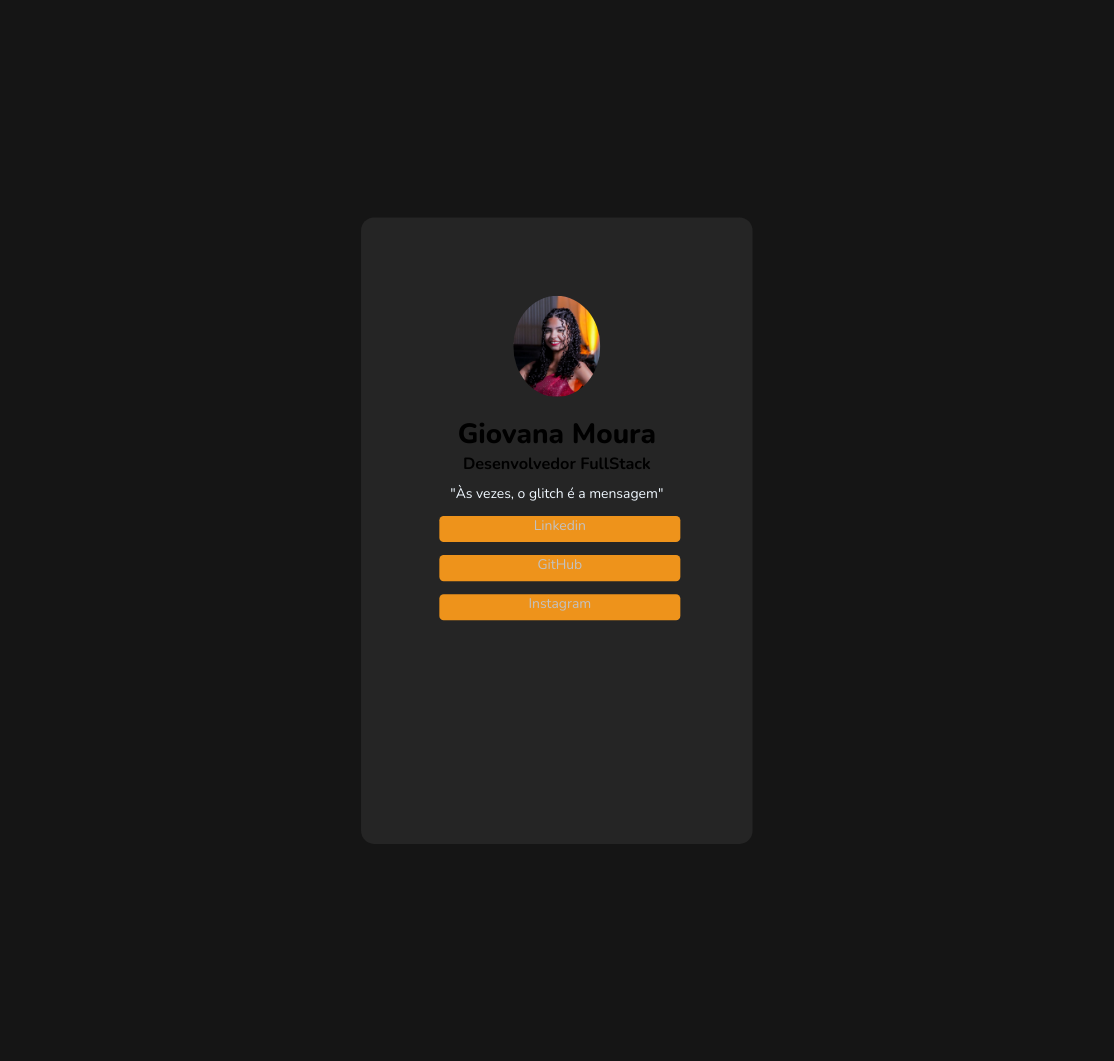
Repository: gimoli/linktree-giovana
Page: index.html
The author's editor kept a copy of each file at every save. The page is drawn from the files as they stood at one save, then again after a run of saves.
The browser window is 1280 px wide. The pictures show the whole page, at 87% of full size.

Above is the page before, as saved 2025-04-11 09:04:53.

### index.html
<!DOCTYPE html>
<html lang="en">
<head>
    <meta charset="UTF-8">
    <meta name="viewport" content="width=device-width, initial-scale=1.0">
    <title>linktree Giovana</title>
    <link rel="stylesheet" href="style.css">
    <link rel="preconnect" href="https://fonts.googleapis.com">
<link rel="preconnect" href="https://fonts.gstatic.com" crossorigin>
<link href="https://fonts.googleapis.com/css2?family=Nunito:ital,wght@0,200..1000;1,200..1000&display=swap" rel="stylesheet">
</head>
<body>
    <div class="container-main">
        <div class="container-imagem">
            <img src="./image-profile.jfif" alt="foto perfil"/>
        </div>
        <div class="container-infos">
            <h1>Giovana Moura</h1>
            <h3>Desenvolvedor FullStack</h3>
        </div>
        <div class="container-easter-egg">
            <p>"Às vezes, o glitch é a mensagem"</p>
        </div>
        <div class="container-social">
            <ul>
                <li>
                    <a href="https://www.linkedin.com/in/giovana-moura-3543032bb/" target="_blank" class="botao-linktree-1">
                        Linkedin
                    </a>
                </li>
                <li>
                    <a href="https://github.com/gimoli" target="_blank" class="botao-linktree-2">
                        GitHub
                    </a>
                </li>
                <li>
                    <a href="https://www.instagram.com/gimoli_n?igsh=cTNvNDJ0M3owb3Vs&utm_source=qr" target="_blank" class="botao-linktree-3">
                        Instagram
                    </a>
                </li>
            </ul>
        </div>
    </div>
</body>
</html>

### style.css
*{
    font-family: "Nunito", sans-serif;
    margin: 0;
    padding: 0;
    box-sizing: border-box;
}

body {
    background-color: rgb(21, 21, 21);
}

.container-main {
    background-color: rgb(37, 37, 37);
    width: 450px;
    height: 720px;
    box-sizing: border-box;
    margin: 250px auto;
    padding: 90px;
    border-radius: 15px;
    text-align: center;
}

.container-imagem img{
    margin: 0 60px;
    width: 100px;
    border-radius: 100%;
}

.container-infos {
    margin-top: 15px;
    margin-bottom: 10px;
}

.container-infos h1 {
    font-weight: 800;
}

.container-infos h2{
  color: #e32363;
    margin-top: 10px;
    margin-bottom: px;
    font-weight: 600;
    font-size: 18px;
}

.container-easter-egg {
    margin-bottom: 15px;
    color: aliceblue;
}

.container-social ul{
    list-style-type: none;
}

.container-social a{
    text-decoration: none;
    color: rgb(194, 194, 194);
}

.container-social li{
  width: 277px;
  height: 30px;
  background-color: rgb(238, 147, 27);
  margin: 15px 0;
  border-radius: 5px;

}

After the next 4 saves:
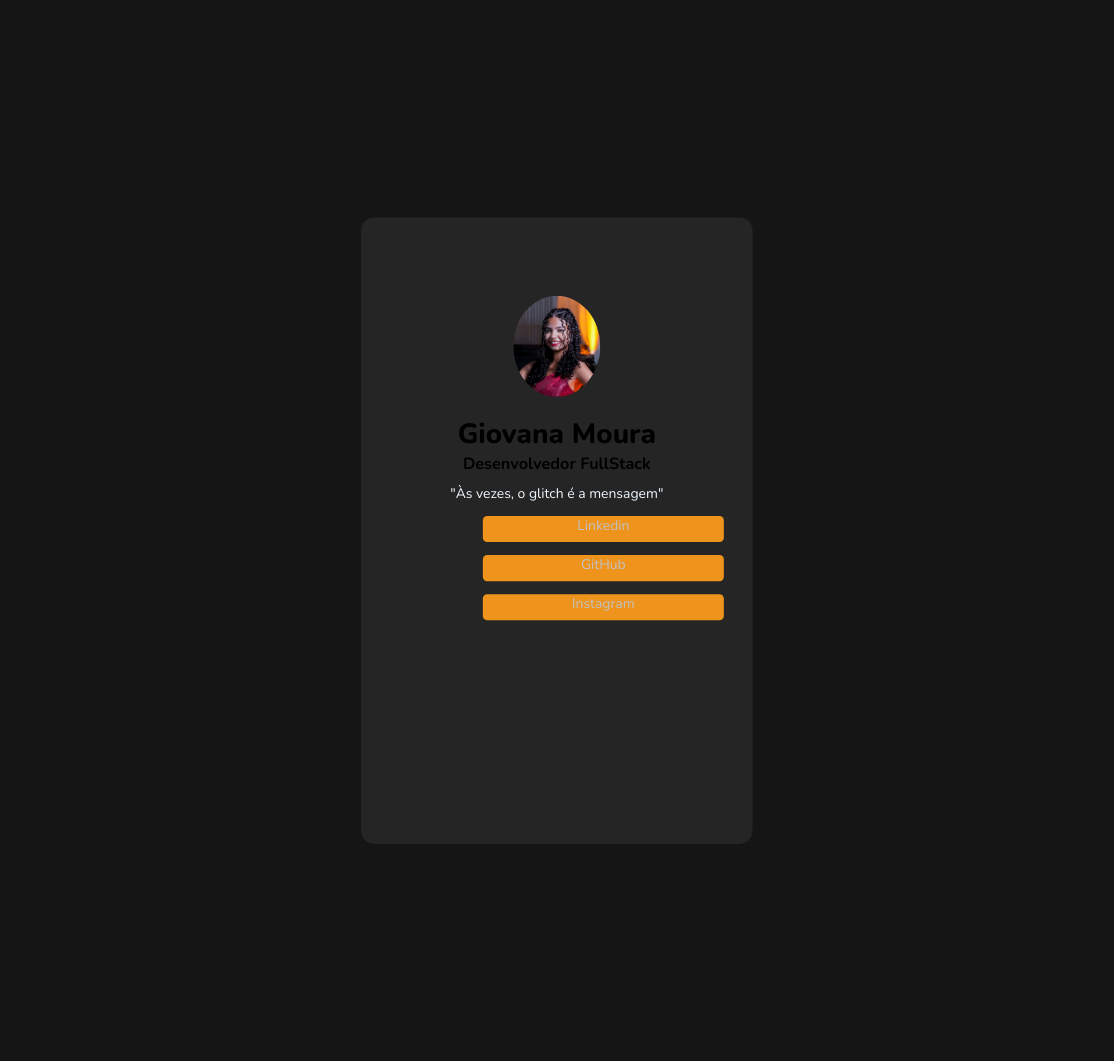
The 4 saves are shown as one change because they came seconds apart.
The last was saved 13 s later.
--- a/style.css
+++ b/style.css
@@ -61,7 +61,7 @@ body {
   width: 277px;
   height: 30px;
   background-color: rgb(238, 147, 27);
-  margin: 15px 0;
+  margin: 15px 50px;
   border-radius: 5px;
 
 }
